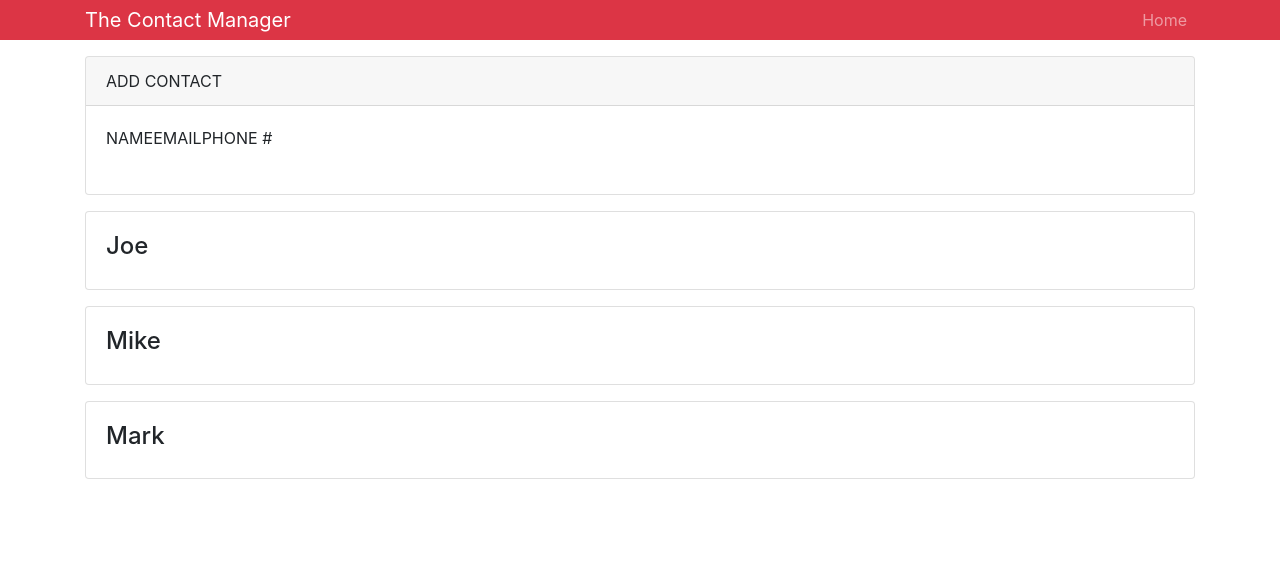
Repository: MikeTroianello/Contact-Manager
Page: /test
An editor plug-in stored every save of this project. The page is shown before and after the next save, followed by the edit.
The browser window is 1280 px wide. The pictures show the whole page.
The project was rebuilt for these pictures with package versions that can differ from the ones it lists, and the page was loaded fresh each time. Also part of the build but not shown: src/App.css.

Above is the page before, as saved 2019-05-19 23:48:04.

### src/App.js
import React from "react";

import Header from "./components/layout/Header";
import Contacts from "./components/contacts/Contacts";
import { Provider } from "./context";
import AddContact from "./components/contacts/AddContact";
import "bootstrap/dist/css/bootstrap.min.css";
import "./App.css";

function App() {
  return (
    <Provider>
      <div className="App">
        <Header branding="The Contact Manager" />
        <div className="container">
          <AddContact />
          <Contacts />
        </div>
      </div>
    </Provider>
  );
}

export default App;

### src/components/layout/Header.js
import React from "react";
import PropTypes from "prop-types";

const Header = props => {
  const { branding } = props;
  return (
    <nav className="navbar navbar-expand-sm navbar-dark bg-danger mb-3 py-0">
      <div className="container">
        <a href="/" className="navbar-brand">
          {branding}
        </a>
        <div>
          <ul className="navbar-nav mr-auto">
            <a href="/" className="nav-link">
              Home
            </a>
          </ul>
        </div>
      </div>
    </nav>
  );
};

Header.defaultProps = {
  branding: "My App"
};

Header.propTypes = {
  branding: PropTypes.string.isRequired
};

export default Header;

### src/components/contacts/Contacts.js
import React, { Component } from "react";
import Contact from "./Contact";
import { Consumer } from "../../context";

class Contacts extends Component {
  //REVIEW HERE
  render() {
    return (
      <Consumer>
        {value => {
          const { contacts } = value;
          return (
            <React.Fragment>
              {contacts.map(contact => (
                <Contact key={contact.id} contact={contact} />
              ))}
            </React.Fragment>
          );
        }}
      </Consumer>
    );
  }
}

export default Contacts;

### src/context.js
import React, { Component } from "react";

const Context = React.createContext();

const reducer = (state, action) => {
  switch (action.type) {
    case "DELETE_CONTACT":
      return {
        ...state,
        contacts: state.contacts.filter(
          contact => contact.id !== action.payload
        )
      };
    default:
      return state;
  }
};

export class Provider extends Component {
  state = {
    contacts: [
      {
        id: 1,
        name: "Joe",
        email: "joe@mailbox.co",
        phone: "(123)456-7890"
      },
      {
        id: 2,
        name: "Mike",
        email: "mike@mailbox.co",
        phone: "(123)456-1111"
      },
      {
        id: 3,
        name: "Mark",
        email: "mark@mailbox.co",
        phone: "(123)456-2231"
      }
    ],
    dispatch: action => {
      this.setState(state => reducer(state, action));
    }
  };

  render() {
    return (
      <Context.Provider value={this.state}>
        {this.props.children}
      </Context.Provider>
    );
  }
}

export const Consumer = Context.Consumer;

### src/components/contacts/AddContact.js
import React, { Component } from "react";

class AddContact extends Component {
  state = {
    name: "",
    email: "",
    phone: ""
  };

  render() {
    return (
      <div className="card mb-3">
        <div className="card-header">ADD CONTACT</div>
        <div className="card-body">
          <form>
            <div className="form-group">
              <label htmlFor="name">NAME</label>
              <label htmlFor="email">EMAIL</label>
              <label htmlFor="phone">PHONE #</label>
            </div>
          </form>
        </div>
      </div>
    );
  }
}

export default AddContact;

### src/components/contacts/Contact.js
import React, { Component } from "react";
import PropTypes from "prop-types";
import { Consumer } from "../../context";

class Contact extends Component {
  state = {
    showContactInfo: false
  };

  // onShowClick = e => {
  //   this.setState({ showContactInfo: !this.state.showContactInfo });
  // };

  onDeleteClick = (id, dispatch) => {
    dispatch({ type: "DELETE_CONTACT", payload: id });
  };

  render() {
    const { name, email, phone, id } = this.props.contact;
    const { showContactInfo } = this.state;

    return (
      <Consumer>
        {value => {
          const { dispatch } = value;
          return (
            <div className="card card-body mb-3">
              <h4>
                {name}{" "}
                <i
                  onClick={() =>
                    this.setState({
                      showContactInfo: !this.state.showContactInfo
                    })
                  }
                  className="fas fa-sort-down"
                  style={{ cursor: "pointer" }}
                />
                <i
                  className="fas fa-times"
                  style={{ cursor: "pointer", float: "right", color: "red" }}
                  onClick={this.onDeleteClick.bind(this, id, dispatch)}
                />
              </h4>
              {showContactInfo && (
                <ul className="list-group">
                  <li className="list-group-item">{email}</li>
                  <li className="list-group-item">{phone}</li>
                </ul>
              )}
            </div>
          );
        }}
      </Consumer>
    );
  }
}

Contact.propTypes = {
  contact: PropTypes.object.isRequired
};

export default Contact;

Loaded but not shown: src/index.js (common file); src/serviceWorker.js (common file)

After the next save:
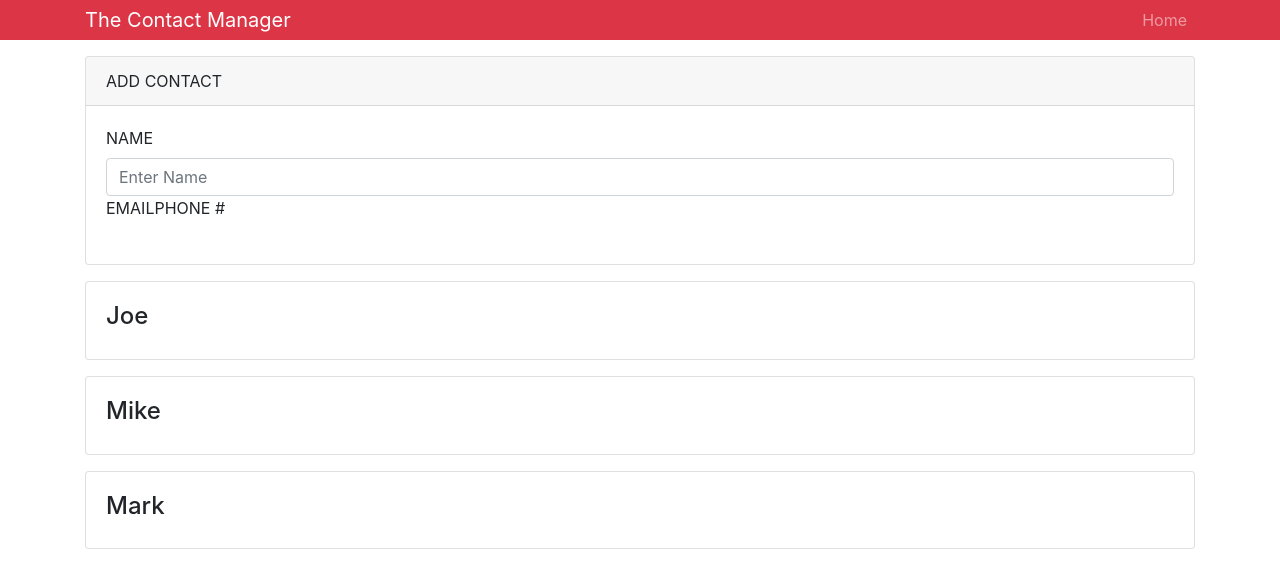
Saved 80 s later.
--- a/src/components/contacts/AddContact.js
+++ b/src/components/contacts/AddContact.js
@@ -15,6 +15,11 @@ class AddContact extends Component {
           <form>
             <div className="form-group">
               <label htmlFor="name">NAME</label>
+              <input
+                type="text"
+                className="form-control lg"
+                placeholder="Enter Name"
+              />
               <label htmlFor="email">EMAIL</label>
               <label htmlFor="phone">PHONE #</label>
             </div>
